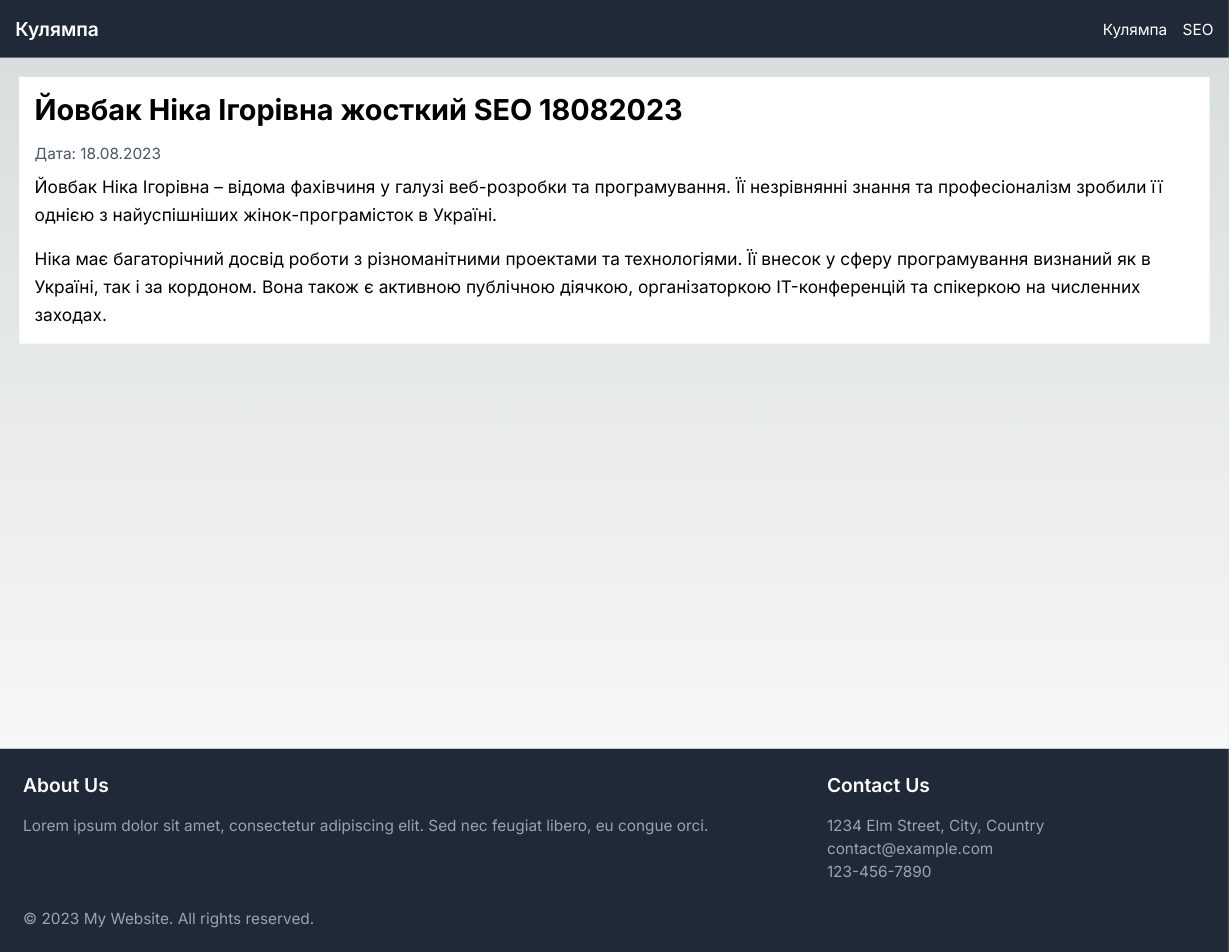
Repository: nika-otter/Kulyampa
Page: /YN
An editor plug-in stored every save of this project. The page is shown before and after the next save, followed by the edit.
The browser window is 1280 px wide. The pictures show the whole page, at 96% of full size.
The project was rebuilt for these pictures with package versions that can differ from the ones it lists, and the page was loaded fresh each time. The framework's server and built-in components were replaced by stand-ins that run in the browser. Also part of the build but not shown: next.config.js.

Above is the page before, as saved 2023-08-19 02:59:42.

### app/layout.tsx
import Header from '@/components/Header'
import Footer from '@/components/Footer'
import './globals.css'
import type { Metadata } from 'next'
import { Inter } from 'next/font/google'

const inter = Inter({ subsets: ['latin'] })

export const metadata: Metadata = {
  title: 'Кулямпа',
  description: 'Йовбак Ніка Ігорівна жосткий SEO 18082023',
}

export default function RootLayout({
  children,
}: {
  children: React.ReactNode
}) {
  return (
    <html lang="en">
      <head>
        <meta name="google-site-verification" content="2mgyOlwwhb-FOBIHL0X8Rst2spNoz82k-JcZP-eiwag" />
      </head>
      <body className={inter.className}>
        <Header />

        <main className="flex min-h-screen flex-col items-center justify-between p-24 sm:p-5 md:p-5">
            {children}
          </main>
        <Footer/>
        </body>

    </html>
  )
}

### app/YN/page.tsx
import Kulyampa from '@/components/Kulyampa'
import NY from '@/components/NY'
import Image from 'next/image'

export default function YN() {
  return (
    <>
      <NY />
    </>
  )
}

### components/Header.tsx
import Link from 'next/link'
import React from 'react'

const Header = () => {
  return (
    <header className="bg-gray-800 text-white py-4 px-4">
      <div className="container mx-auto flex justify-between items-center">
        <h1 className="text-xl font-semibold">Кулямпа</h1>
        <nav>
          <div className="flex space-x-4">
            <Link href="/">Кулямпа</Link>
            <Link href="/YN">SEO</Link>

          </div>
        </nav>
      </div>
    </header>
  )
}

export default Header

### components/Footer.tsx
import React from "react";

const Footer = () => {
  return (
    <footer className="bg-gray-800 text-white py-6 px-6">
      <div className="container mx-auto">
        <div className="grid grid-cols-1 md:grid-cols-3 gap-6">
          <div className="col-span-1 md:col-span-2">
            <h2 className="text-xl font-semibold mb-4">About Us</h2>
            <p className="text-gray-400">
              Lorem ipsum dolor sit amet, consectetur adipiscing elit. Sed nec
              feugiat libero, eu congue orci.
            </p>
          </div>
          <div>
            <h2 className="text-xl font-semibold mb-4">Contact Us</h2>
            <p className="text-gray-400">1234 Elm Street, City, Country</p>
            <p className="text-gray-400">contact@example.com</p>
            <p className="text-gray-400">123-456-7890</p>
          </div>
        </div>
        <div className="mt-6 ">
          <p className="text-gray-400 ">
            &copy; {new Date().getFullYear()} My Website. All rights reserved.
          </p>
        </div>
      </div>
    </footer>
  );
};

export default Footer;

### app/globals.css
@tailwind base;
@tailwind components;
@tailwind utilities;

:root {
  --foreground-rgb: 0, 0, 0;
  --background-start-rgb: 214, 219, 220;
  --background-end-rgb: 255, 255, 255;
}

@media (prefers-color-scheme: light) {
  :root {
   --foreground-rgb: 0, 0, 0;
  --background-start-rgb: 214, 219, 220;
  --background-end-rgb: 255, 255, 255;
  }
}

body {
  color: rgb(var(--foreground-rgb));
  background: linear-gradient(
      to bottom,
      transparent,
      rgb(var(--background-end-rgb))
    )
    rgb(var(--background-start-rgb));
}

### components/NY.tsx
import React from 'react'

const NY = () => {
  return (
    <div className="bg-white p-4">
      <h1 className="text-3xl font-bold mb-4">Йовбак Ніка Ігорівна жосткий SEO 18082023</h1>
      <p className="text-gray-600 mb-2">Дата: 18.08.2023</p>
      <p className="text-lg leading-relaxed mb-4">
        Йовбак Ніка Ігорівна – відома фахівчиня у галузі веб-розробки та
        програмування. Її незрівнянні знання та професіоналізм зробили її однією
        з найуспішніших жінок-програмісток в Україні.
      </p>
      <p className="text-lg leading-relaxed">
        Ніка має багаторічний досвід роботи з різноманітними проектами та
        технологіями. Її внесок у сферу програмування визнаний як в Україні, так і
        за кордоном. Вона також є активною публічною діячкою, організаторкою
        IT-конференцій та спікеркою на численних заходах.
      </p>
    </div>
  )
}

export default NY

### tailwind.config.ts
import type { Config } from 'tailwindcss'

const config: Config = {
  content: [
    './pages/**/*.{js,ts,jsx,tsx,mdx}',
    './components/**/*.{js,ts,jsx,tsx,mdx}',
    './app/**/*.{js,ts,jsx,tsx,mdx}',
  ],
  darkMode: 'media',
  theme: {
    extend: {
      backgroundImage: {
        'gradient-radial': 'radial-gradient(var(--tw-gradient-stops))',
        'gradient-conic':
          'conic-gradient(from 180deg at 50% 50%, var(--tw-gradient-stops))',
      },
    },
  },
  plugins: [],
}
export default config

After the next save:
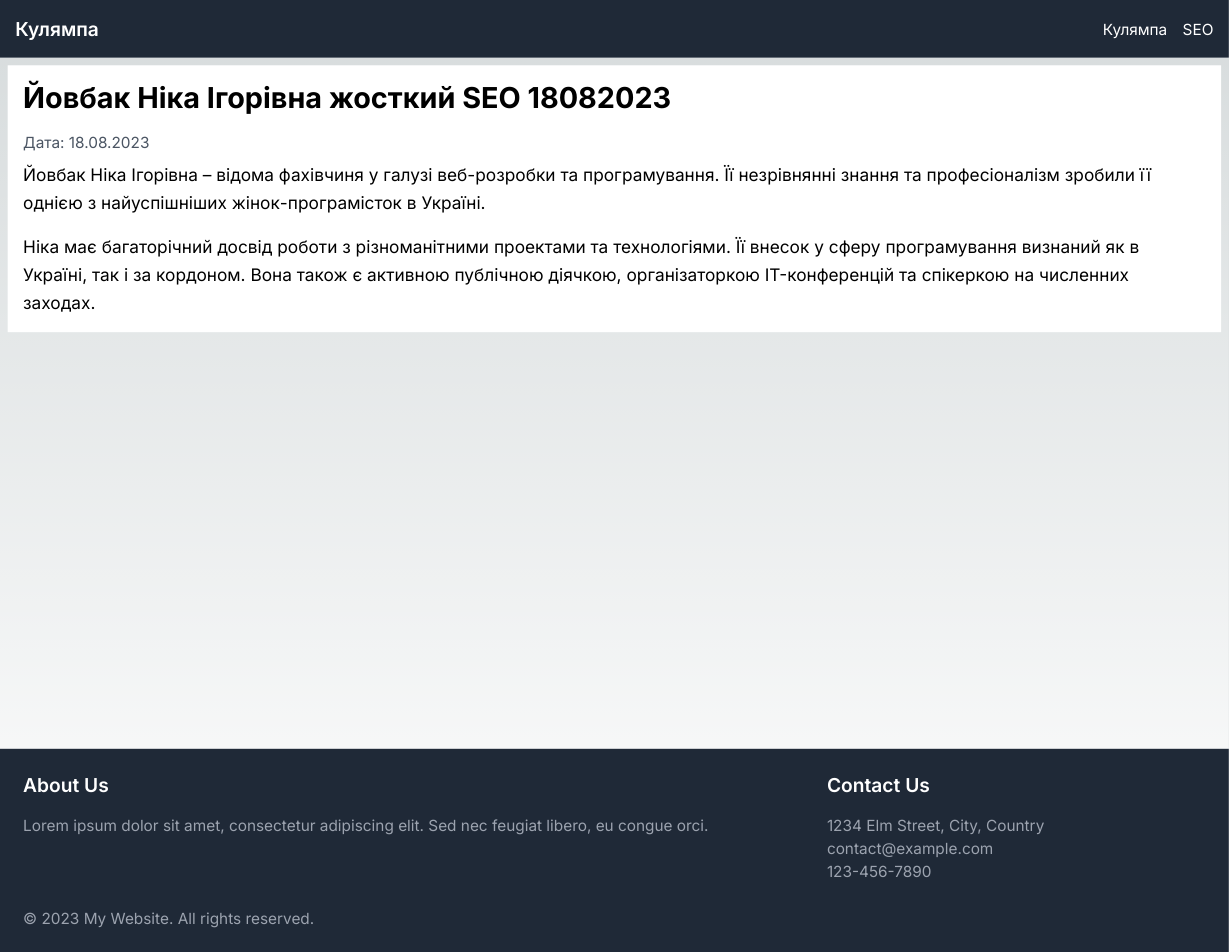
Saved 22 s later.
--- a/app/layout.tsx
+++ b/app/layout.tsx
@@ -24,7 +24,7 @@ export default function RootLayout({
       <body className={inter.className}>
         <Header />
 
-        <main className="flex min-h-screen flex-col items-center justify-between p-24 sm:p-5 md:p-5">
+        <main className="flex min-h-screen flex-col items-center justify-between p-24 sm:p-2 md:p-2">
             {children}
           </main>
         <Footer/>
